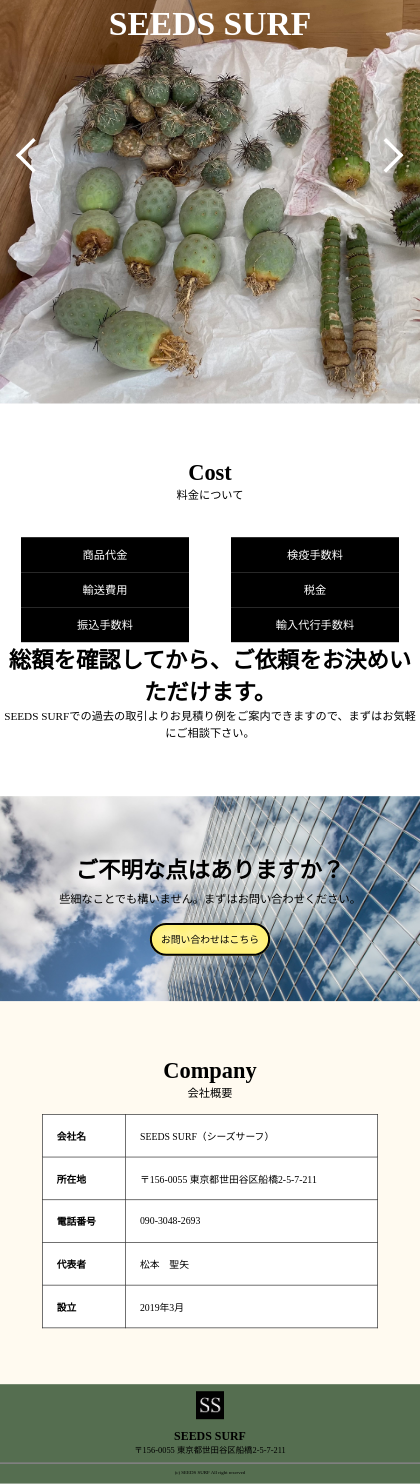
Repository: Seiya00002/seeds-surf-lp
Page: index.html
These files come from the project's save history. The page is drawn as it stood at one moment and after the next save; the edit follows.
The browser window is 600 px wide. The pictures show the part of the page from y = 2788 to 5028 px (the page is 4908 px tall before and 5028 px after), at 70% of full size.

Above is the page before, as saved 2023-07-19 10:34:24.

### index.html
<!DOCTYPE html>
<html lang="ja">
<head>
    <meta charset="UTF-8">
    <meta http-equiv="X-UA-Compatible" content="IE=edge">
    <meta name="viewport" content="width=device-width, initial-scale=1.0,
    minimum-scale=1, maximum-scale=1, user-scalable=no">
    <title>輸入代行SEEDS SURF</title>
    <link rel="stylesheet" href="css/style.css">
</head>
<body>
    <header>
        <div class="header_left">
            <img src="img/sslogo.jpg"
                alt="logo"
                width="40"
                height="40"
                class="logo">
            <h1>植物専門・輸入代行</h1>

        </div>
        <!-- <div class="header_right">
            <img src="img/tel_logo.png"
                alt="tel_logo"
                width="35"
                height="35"
                class="tel_logo">
            <div class="header_contact">
                <h2>090-3048-2693</h2>
                <p>（平日9:00 ~ 18:00）</p>
            </div>
        </div> -->
    </header>

    <main>
        <div class="top_wrapper">
            <div class="container">
                <div class="hero_message">
                    <div class="calculation-app">
                        <h2>お見積り計算シュミレーション</h2>

                            <p>仕入れ先の地域を選択して下さい。</p>
                            <form name="form1">
                                <select name="place">
                                    <option value="1.3">北米</option>
                                    <option value="1.2">ヨーロッパ</option>
                                    <option value="1">アジア</option>
                                </select>
                            </form>

                            <p>箱のサイズの予想を選択して下さい。</p>
                            <form name="form2">
                                <select name="box">
                                    <option value="18350">15kg</option>
                                    <option value="13350">10kg</option>
                                    <option value="8150">5kg</option>
                                </select>
                            </form>
                            <p>およその商品代金を入力して下さい。</p>
                            <label>￥</label><input
                            type="text"
                            id="price"
                            value=""
                            placeholder="金額を入力して下さい"
                            maxlength="7"
                            size="19"
                            ></label>

                            <br>
                            <br>
                            <div class="btn-box">
                                <button id="button">計算Go!!</button>
                            </div>
                    </div>
                </div>
            </div>
        </div>


        <!-- 見積り表 -->
    <div id="estimate_table" class="estimate_wrapper">
        <div class="container">
            <h3>予想お見積り表</h3>
            <table align="center" class="estimate">
                <tr>
                    <th>商品代金</th>
                    <td>¥<span id="span2"></span></td>
                </tr>
                <tr>
                    <th>検疫手数料</th>
                    <td>¥<span id="span3"></span></td>
                </tr>
                <tr>
                    <th>送料</th>
                    <td>¥<span id="span4"></span></td>
                </tr>
                <tr>
                    <th>弊社代行手数料</th>
                    <td>¥<span id="span5"></span></td>
                </tr>
                <tr>
                    <th>海外送金手数料</th>
                    <td>¥<span id="span6"></span></td>
                </tr>
                <tr>
                    <th>税金</th>
                    <td>¥<span id="span7"></span></td>
                </tr>
                <tr>
                  <th class="total">合計</th>
                  <th class="total">¥<span id="span1"></span></th>
              </tr>
            </table>
            <h4>詳しくは下記の「Cost」欄をご覧下さい。</h4>
        </div>
    </div>
        <div class="top_message">
            <div class="container">
                <div class="message">
                    <h1>植物専門の輸入代行とは</h1>
                    <p><img class="check" src="./img/check_icon.png"> 観葉植物などで検疫やワシントン条約に関わる特殊なお手続きを代行いたします。
                        <br><img class="check" src="./img/check_icon.png"> 言語や情報の壁のある現地業社との交渉から購買代行ご対応いたします。
                        <br><img class="check" src="./img/check_icon.png"> 仕入れ先の現地優良業社をご紹介いたします。
                    </p>

                </div>
            </div>
        </div>

        <div class="project_wrapper">
            <div class="container">
                <div class="projects">
                    <div class="project">
                        <div class="project_icon">
                            <img src="img/project_imag1.jpg">
                            <h2>「迅速・柔軟サービス」</h2>
                        </div>
                        <p class="text_contents">フットワークの軽いスタッフが、柔軟にお客様のご要望にご対応いたします。大変な植物の特殊なお手続きを出来る限りスムーズなお取引きを実現いたします。</p>

                    </div>
                    <div class="project">
                        <div class="project_icon">
                            <img src="img/pro_airport.jpg">
                            <h2>「全世界対応」</h2>
                        </div>
                        <p class="text_contents">全地域の現地業社との交渉、購買手続きにご対応いたします。</p>

                    </div>
                    <div class="project">
                        <div class="project_icon">
                            <img src="img/project_img3.jpg">
                            <h2>「現地企業のご紹介サービス」</h2>
                        </div>
                        <p class="text_contents">私たちは信頼出来る優良な業者様とお付き合いがございます。お取引き業者をお持ちでない方も、今すぐ輸入事業を始めることが出来ます。</p>
                    </div>
                        <div class="clear"></div>

                </div>
            </div>
        </div>
        <div class="service_wrapper">
            <div class="container">
                <div class="service_heading">
                    <h1>Frow</h1>
                    <p>輸入取引の流れ</p>
                </div>
                <div class="step">
                    <img src="img/person_img.png"
                    class="step_icon">
                    <div class="step_cont">
                        <h2>Step 1</h2>
                        <p>現地企業交渉</p>
                    </div>
                </div>
                <img src="img/down_img.png" class="step_icon2">

                <div class="step">
                    <img src="img/cal_img.png"
                    class="step_icon">
                    <div class="step_cont">
                        <h2>Step 2</h2>
                        <p>お見積り</p>
                    </div>
                </div>
                <img src="img/down_img.png" class="step_icon2">

                <div class="step">
                    <img src="img/bank_img.png"
                    class="step_icon">
                    <div class="step_cont">
                        <h2>Step 3</h2>
                        <p>お支払い</p>
                    </div>
                </div>
                <img src="img/down_img.png" class="step_icon2">
                <div class="step">
                    <img src="img/airp_imag.png"
                    class="step_icon">
                    <div class="step_cont">
                        <h2>Step 4</h2>
                        <p>発送</p>
                    </div>
                </div>
                <img src="img/down_img.png" class="step_icon2">
                <div class="step">
                    <img src="img/drivery_img.png"
                    class="step_icon">
                    <div class="step_cont">
                        <h2>Step 5</h2>
                        <p>お受取り</p>
                    </div>
                </div>
            </div>
        </div>

        <!-- スライドショー -->
        <div class="slide_wrapper">
            <div id="slide" class="slideshow">
                <p class="disc">SEEDS SURF</p>
                <a class="arrow next" id="right" href="#"></a>
                <a class="arrow back" id="left" href="#"></a>
            </div>
        </div>

        <div class="cost_wrapper">
            <div class="container">
                <div class="cost_heading">
                    <h1>Cost</h1>
                    <p>料金について</p>
                </div>
                <div class="cost_cont">
                    <div class="list01">
                        <p>商品代金</p>
                    </div>
                    <div class="list01">
                        <p>検疫手数料</p>
                    </div>
                    <div class="list01">
                        <p>輸送費用</p>
                    </div>
                    <div class="list02">
                        <p>税金</p>
                    </div>
                    <div class="list02">
                        <p>振込手数料</p>
                    </div>
                    <div class="list02">
                        <p>輸入代行手数料</p>
                    </div>
                    <!-- <div class="clear"></div> -->
                </div>
                <div class="cost_message">
                    <h1>総額を確認してから、ご依頼をお決めいただけます。</h1>
                    <p>SEEDS SURFでの過去の取引よりお見積り例をご案内できますので、まずはお気軽にご相談下さい。</p>
                </div>
            </div>
        </div>
        <div class="contact_wrapper">
            <div class="container">
                <h1>ご不明な点はありますか？</h1>
                <p>些細なことでも構いません。まずはお問い合わせください。</p>
                <a href="https://seeds-surf.com/%e3%81%8a%e5%95%8f%e3%81%84%e5%90%88%e3%82%8f%e3%81%9b/" class="btn contact">お問い合わせはこちら</a>
                <!-- <h2>TEL : 090-3048-2693</h2> -->
                <!-- <p>メールフォームよりお問い合わせ下さい。<br>営業時間：平日10：00〜19：00</p> -->
            </div>
        </div>

        <!-- 会社概要 -->
        <div class="company_wrapper">
            <div class="container">
                <h1>Company</h1>
                <p>会社概要</p>
                <table align="center" class="company">
                    <tr>
                        <th>会社名</th>
                        <td>SEEDS SURF（シーズサーフ）</td>
                    </tr>
                    <tr>
                        <th>所在地</th>
                        <td>〒156-0055 東京都世田谷区船橋2-5-7-211</td>
                    </tr>
                    <tr>
                        <th>電話番号</th>
                        <td>090-3048-2693</td>
                    </tr>
                    <tr>
                        <th>代表者</th>
                        <td>松本　聖矢</td>
                    </tr>
                    <tr>
                        <th>設立</th>
                        <td>2019年3月</td>
                    </tr>
                </table>
            </div>
        </div>


    </main>

    <footer>
        <div class="container">
                <img src="img/sslogo.jpg"
                    alt="logo"
                    width="40"
                    height="40"
                    class="logo">
                <h1>SEEDS SURF</h1>
                <p>〒156-0055 東京都世田谷区船橋2-5-7-211</p>
                <hr color="gray">
                <small>(c) SEEDS SURF All right reserved</small>
        </div>
    </footer>

    <script src="./app.js"></script>
</body>
</html>

### css/style.css
/* all */
*{
    box-sizing: border-box;
    margin: 0;
    padding: 0;
}

h1 {
    font-family: 'Times New Roman', Times, serif;

}

h2 ,h3 ,p {
    font-family: 'Hiragino Sans';

}
/* header */

header {
    height: 70px;
    display: flex;
    align-items: center;
    position: absolute;
}

.header_left {
    display: flex;
}

.header_right {
    display: flex;
    margin: 0 0 0 auto;
}

.logo {
    margin: 10px 10px;
}

.tel_logo {
    margin: 20px 10px;
}

header h1 {
    font-size: 23px;
    padding: 18px 10px;
    font-weight: 500px;
    text-shadow: 6px 6px 10px white, -6px -6px 10px white;

}

header h2 {
    font-size: 21px;
    padding: 15px 10px 0 0;
}

header p {
    padding-bottom: 10px;
}
.container {
    text-align: center;
    width: 100%;
}

/* main */

/* top */
.top_wrapper {
    color: white;
    width: 100%;
    height: auto;
}

.hero_message {
    background-image: url(../img/cream-spike.jpg);
    background-size: cover;

    font-size: 15px;
    color: black;
    height: 660px;
    min-width:100%;
    font-weight: bold;
    display: flex;
    justify-content: center;
    align-items: center;
    line-height: 2.5em;
}

.calculation-app {
    background: rgb(255, 255, 255,0.5);
    padding: 70px;
    border-radius: 10%;
}

.hero_message h2 {
    padding-bottom: 30px;
}

.top_message {
    background-color: rgb(85, 110, 80);
    color: white;
    padding: 30px 0;
}

.top_message p {
    padding-top: 20px;
    font-size: 17px;
    line-height: 1.6rem;
}

.check {
    width: 16px;
    height: 16px;
}

/* project_wrapper */
.project_wrapper {
    margin-bottom: 80px;
}

.project {
    float: left;
    width: 33%;
    padding: 20px 10px 20px 10px;
    height: 300px;

}

.project_icon {
    position: relative;

}

.project_icon h2 {
    position: absolute;
    top: 80px;
    width: 100%;
    color: white;
    font-weight: normal;

}

.clear {
    clear: left;
}

/* service_wrapper */
.service_wrapper {
    background-color: #fffaf0;
    padding: 80px 0;
}

.service_heading {
padding-bottom: 50px;
}

.step {
    display: flex;
    justify-content: center;
    align-items: center;
    padding: 20px 0;

}

.step_cont {
    padding-left: 50px;
}

.step_icon {
    width: 70px;
    height: 70px;

}

.step_icon2 {
    width: 15px;
    height: 15px;

}

.step h2 {
    font-size: 14px;
}

.step p {
    font-size: 20px;
    padding-top: 13px;
}

/* costについて */
.cost_wrapper {
    padding: 80px 0;
}

.cost_cont {
    padding-top: 50px;
    width: 650px;
    margin: 0 auto;
    flex-wrap: wrap;
    display: flex;

}


.list01 {
    background-color: black;
    width: 180px;
    height: 50px;
    color: white;
    margin: 20px 15px;
    justify-content: center;
    padding-top: 12px;

}

.list02 {
    background-color: black;
    width: 180px;
    height: 50px;
    color: white;
    margin: 20px 15px;
    justify-content: center;
    padding-top: 12px;


}



/* contact_wrapper */
.contact_wrapper {
    background-image: url(../img/sky&office_img.jpeg);
    padding: 80px 0;
    background-size: cover;
    text-shadow: 6px 6px 10px white, -6px -6px 10px white;
    font-weight: 530;
}


.contact_wrapper p {
    padding:8px 0 35px 0;
}

.btn {
    width: 180px;
    height: 35px;
    padding: 13px;
    font-size: 14px;
    color: black;
    background-color:#fff176;
    border: black solid;
    border-radius: 24px;
    user-select: none;
    cursor: pointer;
    text-decoration: none;
}

.btn:hover {
    opacity: .7;
}

.contact_wrapper h2 {
    padding-top: 35px;
}

/* company_wrapper */
.company_wrapper {
    padding: 80px 0;
    background-color: #fffaf0;

}

.company_wrapper p {
    padding-bottom: 20px;
}

table.company {
    border-collapse: collapse;
    width: 600px;
    background-color: white;
    margin: auto;
}

th, td {
    border: solid 1px #333;
    padding: 20px;
}

.company th,td {
    text-align: left;
}


/* footer */

footer {
    background-color: rgb(85, 110, 80);
    color: black;
    padding-bottom: 10px;

}

footer h1 {
    font-size: 17px;
}

footer p {
    font-size: 12px;
    padding-bottom: 10px;
}
small {
    font-size: 7px;

}


/* slideshow 追加 */
.slide_wrapper{
    max-width: 1200px;
    height: 600px;
    margin: auto;
    text-align: center;
}
/*画像配置*/
.slideshow{
    max-width: 100%;
    height: 100%;
    background-image: url(../img/import-img1.jpg);
    background-repeat: no-repeat;
    background-size: cover;
    background-position: 0% 50%;/*左 中央のよせ*/
}
/*文字*/
.disc{
    margin: auto;
    text-align: center;
    font-size: 3em;
    color: #ffffff;
    font-weight: 800;
    padding-top:5%;
}
/*>*/
.next{
    float: right;
    top: 160px;
    right: 50px;
}
/*<*/
.back{
    float: left;
    top: 160px;
    bottom: 0px;
    left: 30px;
}
/*矢印のデザイン*/
.arrow{
    position: relative;
    display: inline-block;
    padding: 0 0 0 16px;
    color: #000;
    vertical-align: middle;
    text-decoration: none;
    font-size: 15px;
}
.arrow::before,
.arrow::after{
    position: absolute;
    top: 0;
    bottom: 0;
    left: 0;
    margin: auto;
    content: "";
    vertical-align: middle;
}

.next::before{
    left: 0px;
    width: 30px;
    height: 30px;
    border-top: 5px solid rgb(255, 255, 255);
    border-right: 5px solid rgb(255, 255, 255);
    -webkit-transform: rotate(45deg);
    transform: rotate(45deg);
}
.back::before{
    left: 0px;
    width: 30px;
    height: 30px;
    border-bottom: 5px solid rgb(255, 255, 255);
    border-left: 5px solid rgb(255, 255, 255);
    -webkit-transform: rotate(45deg);
    transform: rotate(45deg);
}
/* CSSアニメーションの指定 */
.slideshow{
    transition: background-image 1s ease-in;
}

/* 計算シュミレーション追加 */
.btn-box button {
    width: 180px;
    height: 35px;
    padding: 6px;
    font-size: 14px;
    color: black;
    background-color:#fff176;
    border: black solid;
    border-radius: 24px;
    user-select: none;
    cursor: pointer;
  }

  .btn-box button:hover {
    opacity: .7;
  }


/* 見積り表追加 */
.estimate_wrapper {
    display: none;
    background-color: #fffaf0;
    padding: 40px 0;
}
.estimate_wrapper h3 {
    padding-bottom: 20px;
}
.estimate_wrapper h4 {
    padding-top: 20px;
}

table.estimate {
    border-collapse: collapse;
    width: 450px;
    background-color: white;
    margin: auto;
}

.estimate th{
    padding: 15px 20px;
    text-align: center;
}

.estimate td{
    text-align: center;
}

th.total {
    background: rgb(224, 224, 224);
}

.estimate_wrapper.appear {
    display: block;
    animation: .5s fadeIn;
  }

  @keyframes fadeIn {
    0% {
      opacity: 0;
      transform: translateY(-10px);
    }
    100% {
      opacity: 1;
      transform: none;
    }
  }

/* レスポンシブ */
  @media (max-width: 670px) {
    .cost_cont h2 {
        width: 50%;
    }
    .list01 {
        width: 40%;
        margin: 0 auto;
    }
    .list02 {
        width: 40%;
        margin: 0 auto;

    }
    table.company {
        width: 80%;
        font-size: 14px;
    }
    .cost_cont {
        width: 100%;
    }

}
@media (max-width: 1000px) {
    .project {
        width: 50%;
    }
}

@media (max-width: 670px) {
    .project {
        width: 100%;
    }
}

### app.js
// スライドショー機能
window.onload =
function (){

    let images = [
        'url(./img/import-img1.jpg)',
        'url(./img/import-img2.jpg)',
        'url(./img/import-img3.jpg)'
    ]

    let target = document.querySelector('#slide');
    let right = document.querySelector('#right');
    let left = document.querySelector('#left');

    // 画像カウンター表示
    let count = 0;

    function change(){
        target.style.backgroundImage = images[count];
        if( count == 2){
            count = 0;
        } else {
            count++;
        }
    }

    function goNext(event) {
        event.preventDefault();
        change();
    }

    function goBack(event) {
        event.preventDefault();
        if( count == 0){
            count = 2;
        } else {
            count--;
        } change();
    }

    right.addEventListener( 'click', goNext, false);
    left.addEventListener( 'click', goBack, false);


setInterval(change, 3000);


// 計算シュミレーションapp

let button = document.getElementById("button");
button.onclick = clickBtn1;

function clickBtn1(){

    const place = document.form1.place;
    const box = document.form2.box;
    const price = document.getElementById('price');

    // 値(数値)を取得
    const num = place.selectedIndex;
    const boxnum = box.selectedIndex;
    console.log(boxnum);

    // 値(数値)から値(value値)を取得
    let region = place.options[num].value;
    let boxPrice = box.options[boxnum].value;
    let plantsPriceString = price.value;

    let plantsPrice = parseInt(plantsPriceString, 10); // plantsPriceStringを数値に変換

    const phyto = 10000;
    let argent = plantsPrice * 0.2;
    let boxCalc = boxPrice*region

    let boxPriceValue = parseInt(boxCalc, 10);

    let sendingMoneyNum = (plantsPrice + boxPriceValue) * 0.0073;
    let sendingMoney = Math.round(sendingMoneyNum);
    let tax = plantsPrice * 0.07;

    let taxValue = parseInt(tax, 10);
    let sendingMoneyNumValue = parseInt(sendingMoney, 10);


    let estimateNum = ( region * boxPrice) + (plantsPrice *0.2) + phyto + plantsPrice + sendingMoneyNumValue + taxValue;
    let plantsValue = plantsPrice.toLocaleString();
    let phytoFee = phyto.toLocaleString();
    let boxFee = boxPriceValue.toLocaleString();
    let argentFee = argent.toLocaleString();
    let sendingMoneyFee = sendingMoney.toLocaleString();
    let taxFee = tax.toLocaleString();
    let estimate = estimateNum.toLocaleString();

    document.getElementById("span1").textContent = estimate;
    document.getElementById("span2").textContent = plantsValue;
    document.getElementById("span3").textContent = phytoFee;
    document.getElementById("span4").textContent = boxFee;
    document.getElementById("span5").textContent = argentFee;
    document.getElementById("span6").textContent = sendingMoneyFee;
    document.getElementById("span7").textContent = taxFee;

  }

// 見積り表示切り替え

const btn = document.getElementById('button')
btn.addEventListener('click', () => {
    const estimate_table = document.getElementById('estimate_table');
    const priceForm = document.getElementById('price');

    if(priceForm.value ===''){
        window.alert('金額を入力して下さい。');
    } else {

    estimate_table.classList.toggle('appear');

    }

    if (btn.textContent == "計算Go!!") {
      btn.textContent = "閉じる";
    } else {
      btn.textContent = "計算Go!!";
    }
  });

};

After the next save:
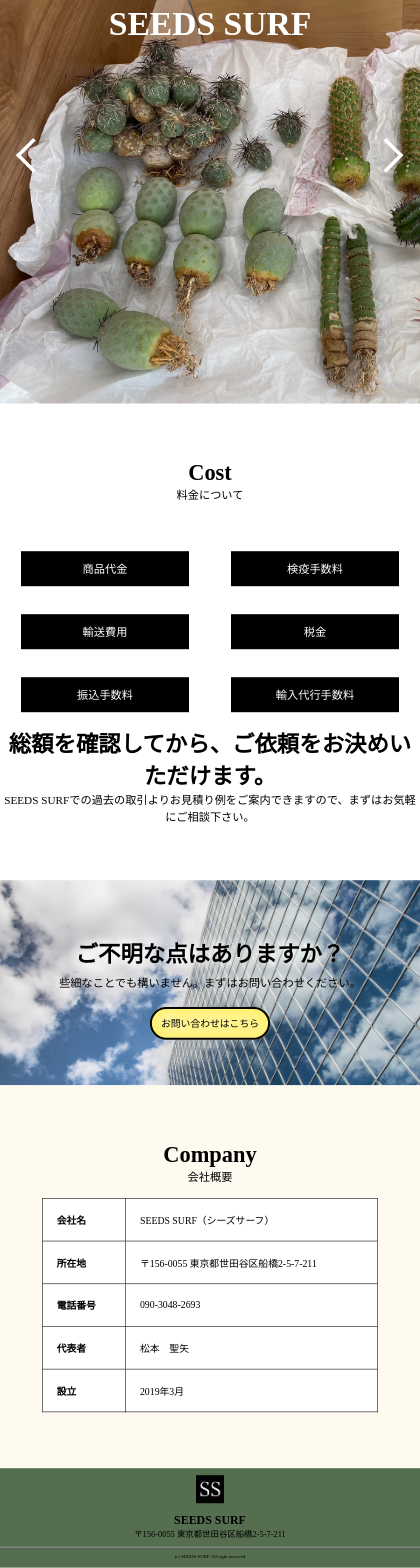
Saved 21 s later.
--- a/css/style.css
+++ b/css/style.css
@@ -470,11 +470,11 @@ th.total {
     }
     .list01 {
         width: 40%;
-        margin: 0 auto;
+        margin: 20px auto;
     }
     .list02 {
         width: 40%;
-        margin: 0 auto;
+        margin: 20px auto;
 
     }
     table.company {
